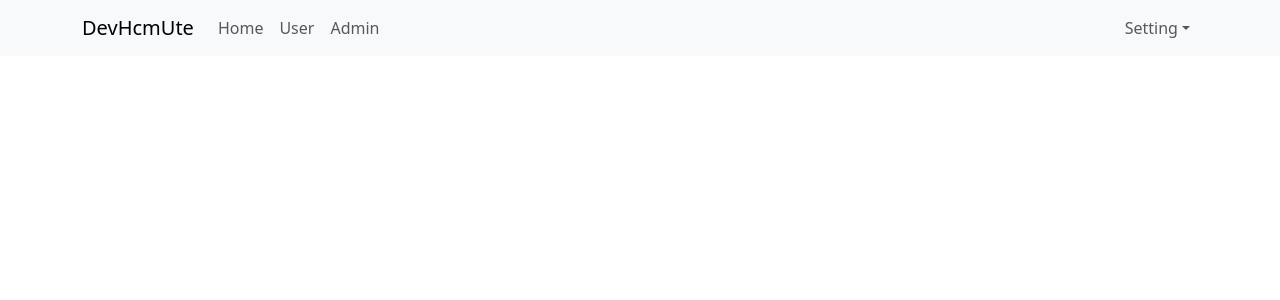
Repository: nnbxxx/React-Untimate
Page: /
The author's editor kept a copy of each file at every save. The page is drawn from the files as they stood at one save, then again after the next save.
The browser window is 1280 px wide. The pictures show the whole page.
The project was rebuilt for these pictures with package versions that can differ from the ones it lists, and the page was loaded fresh each time.

Above is the page before, as saved 2023-04-11 15:58:58.

After the next save:
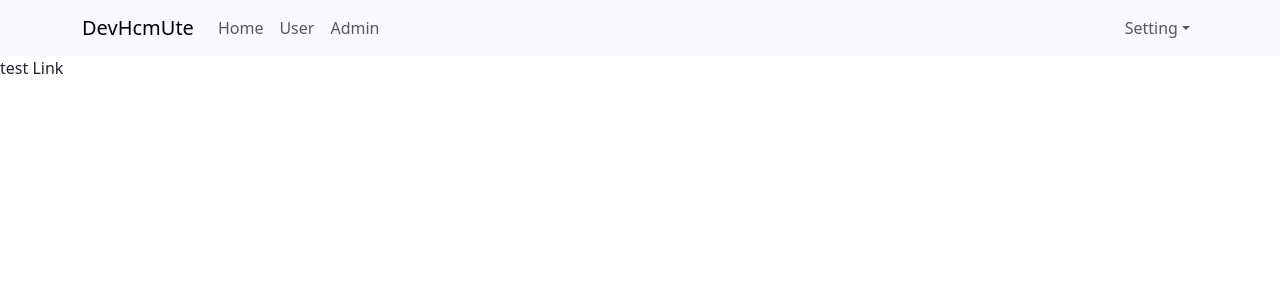
Saved 116 s later.
--- a/src/App.js
+++ b/src/App.js
@@ -4,6 +4,10 @@ const App = () => {
   return (
     <div className='app-container'>
       <Header />
+      <div>
+        test Link
+        <div></div>
+      </div>
     </div>
   );
 };
